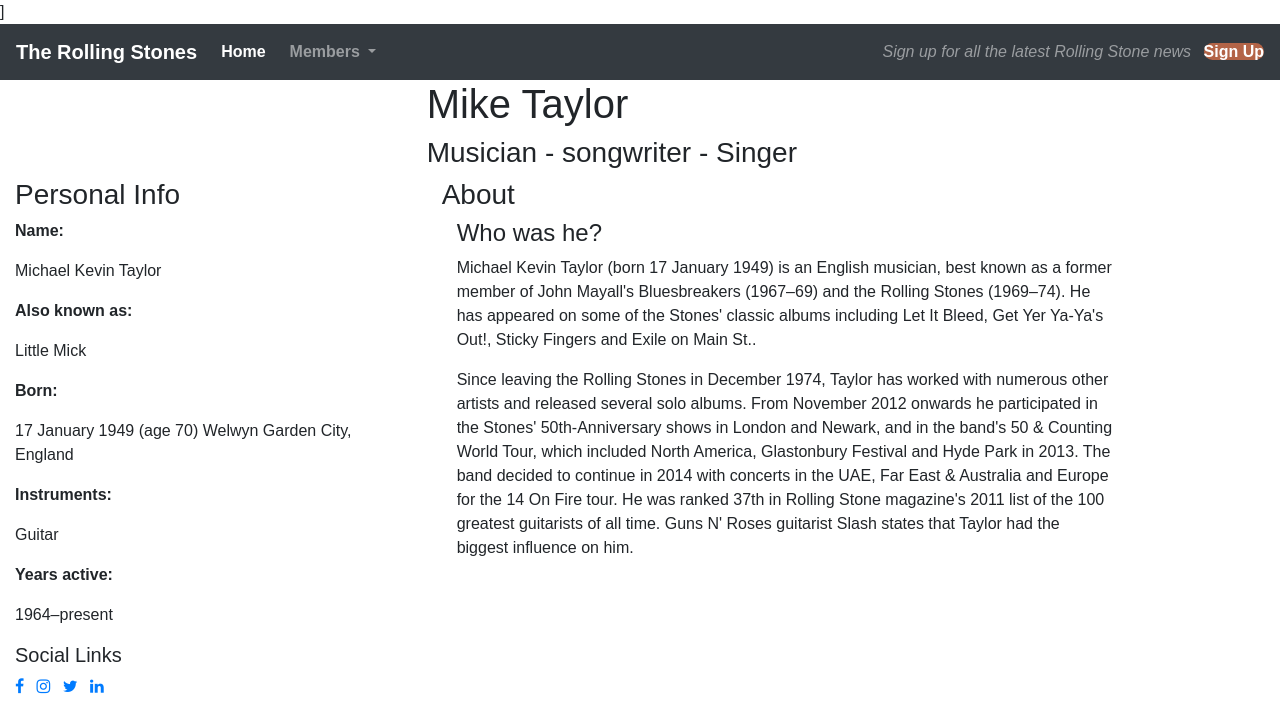
Repository: TecDruid/rolling-stones-fan-site
Page: mike-taylor.html
The author's editor kept a record of every edit. The page is drawn from the files as they stood at one moment, then again after the next edit.
The browser window is 1280 px wide. The pictures show the whole page.
Some web fonts or font styles are not loaded; a fallback is used. Some web libraries are served in a nearby version.

Above is the page before.

### mike-taylor.html
<!DOCTYPE html>
<html lang="en-us">

<head>
    <meta charset="utf-8">
    <meta name="viewport" content="width=device-width, initial-scale=1.0">
    <link rel="stylesheet" href="https://maxcdn.bootstrapcdn.com/bootstrap/4.1.3/css/bootstrap.min.css">
    <link rel="stylesheet" href="https://use.fontawesome.com/releases/v5.6.1/css/all.css" integrity="sha384-gfdkjb5BdAXd+lj+gudLWI+BXq4IuLW5IT+brZEZsLFm++aCMlF1V92rMkPaX4PP" crossorigin="anonymous">
    <link rel="stylesheet" href="https://stackpath.bootstrapcdn.com/font-awesome/4.7.0/css/font-awesome.min.css" type="text/css" />
    <link href="https://fonts.googleapis.com/css?family=Stylish" rel="stylesheet">
    <link rel="stylesheet" href="css/style.css" type="text/css" />
    <title>Mike Taylor</title>
</head>

<body>

    <!----------------------------------------Nav--------------------------------------------->]


    <div class="nav-container"></div>
    <nav class="navbar navbar-dark navbar-expand-sm bg-dark">
        <a href="index.html" class="navbar-brand">
                    The Rolling Stones</a>

        <button class="navbar-toggler ml-auto" type="button" data-toggle="collapse" data-target="#navbarNavDropdown" aria-controls="navbarNavDropdown" aria-expanded="false" aria-label="Toggle navigation">
        <span class="navbar-toggler-icon"></span></button>

        <div class="collapse navbar-collapse" id="navbarNavDropdown">
            <ul class="navbar-nav mr-auto">
                <li class="active nav-item mr-2"><a class="nav-link" href="index.html">Home</a></li>
                <li class="nav-item dropdown">
                    <a class="nav-link dropdown-toggle" href="#" id="navbarDropdownMenuLink" role="button" data-toggle="dropdown" aria-haspopup="true" aria-expanded="false">
          Members
        </a>
                    <div class="dropdown-menu" aria-labelledby="navbarDropdownMenuLink">
                        <a class="dropdown-item" href="brian-jones.html">Brian Jones</a>
                        <a class="dropdown-item" href="mick-jagger.html">Mick Jagger</a>
                        <a class="dropdown-item" href="keith-richards.html">Keith Richards</a>
                        <a class="dropdown-item" href="bill-wyman.html">Bill Wyman</a>
                        <a class="dropdown-item" href="charlie-watts.html">Charlie Watts</a>
                        <a class="dropdown-item" href="ronnie-wood.html">Ronnie Wood</a>
                        <a class="dropdown-item" href="ian-stewart.html">Ian Stewart</a>
                        <a class="dropdown-item" href="mike-taylor.html">Mick Taylor</a>
                    </div>
                </li>

                <li class="nav-item mr-2 d-block d-sm-none"><a class="nav-link" href="sign-up.html">Sign Up</a></li>
            </ul>
        </div>
        <div class="d-none d-md-block">
            <p class="navbar-text my-auto mr-2"><i>Sign up for all the latest Rolling Stone news</i></p>
            <a href="sign-up.html" class="btn--cta btn--brown">Sign Up</a>
        </div>
    </nav>

    <!-- -------------------------- The Header ---------------------------- -->

    <header>
        <div class="row no-gutters">
            <a class="col-md-4 logo" href="index.html"></a>
            <div class="col-md-8">
                <div class="row no-gutters bg-color-name-title">
                    <div class="col heading">
                        <h1 class="name">Mike Taylor</h1>
                        <h3 class="title"> Musician - songwriter - Singer</h3>
                    </div>
                </div>
            </div>
        </div>
    </header>

    <!-- -------------------------- The Section ---------------------------- -->

    <section class="container-fluid">
        <div class="row">
            <div class="col-md-4 bg-colour-personal-info section-column">
                <div class="row">
                    <div class="col-12">
                        <h3 class="section-heading uppercase">Personal Info</h3>
                    </div>
                </div>
                <div class="personal-info-item">
                    <div class="key">
                        <p class="uppercase">
                            <strong>Name:</strong>
                        </p>
                    </div>
                    <div class="value">
                        <p>
                            Michael Kevin Taylor
                        </p>
                    </div>
                </div>
                <div class="personal-info-item">
                    <div class="key">
                        <p class="uppercase">
                            <strong>Also known as:</strong>
                        </p>
                    </div>
                    <div class="value">
                        <p>
                            Little Mick
                        </p>
                    </div>
                </div>
                <div class="personal-info-item">
                    <div class="key">
                        <p class="uppercase">
                            <strong>Born:</strong>
                        </p>
                    </div>
                    <div class="value">
                        <p>
                            17 January 1949 (age 70) Welwyn Garden City, England
                        </p>
                    </div>
                </div>
                <div class="personal-info-item">
                    <div class="key">
                        <p class="uppercase">
                            <strong>Instruments:</strong>
                        </p>
                    </div>
                    <div class="value">
                        <p>
                            Guitar
                        </p>
                    </div>
                </div>
                <div class="personal-info-item">
                    <div class="key">
                        <p class="uppercase">
                            <strong> Years active:</strong>
                        </p>
                    </div>
                    <div class="value">
                        <p>
                            1964–present
                        </p>
                    </div>
                </div>
            </div>

            <div class="col-md-8 bg-colour-three-reasons section-column">
                <div class="row">
                    <div class="col">
                        <h3 class="section-heading uppercase">About</h3>
                    </div>
                </div>
                <!-- <div class="row">
                    <div class="col-10 offset-1 offset-sm-0 col-sm-4 col-md-6">
                        <div class="row">
                            <div class="col-2">
                                <i class="three-reasons-icon fa fa-question" aria-hidden="true"></i>
                            </div> -->
                <div class="col-10">
                    <h4 class="three-reasons-heading uppercase">Who was he?</h4>
                    <p>
                        Michael Kevin Taylor (born 17 January 1949) is an English musician, best known as a former member of John Mayall's Bluesbreakers (1967–69) and the Rolling Stones (1969–74). He has appeared on some of the Stones' classic albums including Let It Bleed,
                        Get Yer Ya-Ya's Out!, Sticky Fingers and Exile on Main St..
                    </p>

                    <p>
                        Since leaving the Rolling Stones in December 1974, Taylor has worked with numerous other artists and released several solo albums. From November 2012 onwards he participated in the Stones' 50th-Anniversary shows in London and Newark, and in the band's
                        50 & Counting World Tour, which included North America, Glastonbury Festival and Hyde Park in 2013. The band decided to continue in 2014 with concerts in the UAE, Far East & Australia and Europe for the 14 On Fire tour. He was
                        ranked 37th in Rolling Stone magazine's 2011 list of the 100 greatest guitarists of all time. Guns N' Roses guitarist Slash states that Taylor had the biggest influence on him.
                    </p>
                </div>
            </div>
        </div>

        </div>
        </div>
        </div>

    </section>

    <!-- -------------------------- The Footer ---------------------------- -->

    <footer class="container-fluid">
        <div id="footer-details" class="row">
            <div class="col-sm-4">
                <h5 class="uppercase general-sub">Social Links</h5>

                <ul class="list-inline social-links">
                    <li class="list-inline-item">
                        <a target="_blank" href="#">
                            <i class="fa fa-facebook" aria-hidden="true"></i>
                            <span class="sr-only">Facebook</span>
                        </a>
                    </li>
                    <li class="list-inline-item">
                        <a target="_blank" href="#">
                            <i class="fa fa-instagram" aria-hidden="true"></i>
                            <span class="sr-only">Instagram</span>
                            </a>
                    </li>

                    <li class="list-inline-item">
                        <a target="_blank" href="#">
                            <i class="fa fa-twitter" aria-hidden="true"></i>
                            <span class="sr-only">Twitter</span>
                            </a>
                    </li>
                    <li class="list-inline-item">
                        <a target="_blank" href="#">
                            <i class="fa fa-linkedin" aria-hidden="true"></i>
                            <span class="sr-only">LinkedIn</span>
                        </a>
                    </li>
                </ul>

            </div>
        </div>
    </footer>

    <script src="https://code.jquery.com/jquery-3.3.1.slim.min.js" integrity="sha384-q8i/X+965DzO0rT7abK41JStQIAqVgRVzpbzo5smXKp4YfRvH+8abtTE1Pi6jizo" crossorigin="anonymous"></script>
    <script src="https://cdnjs.cloudflare.com/ajax/libs/popper.js/1.14.3/umd/popper.min.js" integrity="sha384-ZMP7rVo3mIykV+2+9J3UJ46jBk0WLaUAdn689aCwoqbBJiSnjAK/l8WvCWPIPm49" crossorigin="anonymous"></script>
    <script src="https://stackpath.bootstrapcdn.com/bootstrap/4.1.3/js/bootstrap.min.js" integrity="sha384-ChfqqxuZUCnJSK3+MXmPNIyE6ZbWh2IMqE241rYiqJxyMiZ6OW/JmZQ5stwEULTy" crossorigin="anonymous"></script>

</body>

</html>

### css/style.css
body {
    font-family: 'Stylish', sans-serif;
}

/* Containers */

.nav-container {
    position: absolute;
    top: 0;
    right: 0;
    margin-left: 0;
    margin-right: 0;
    z-index: 1;

}

.navbar {
    margin-bottom: 0;
    border-width: 0;
    background-color: rgba (0, 0, 0, 0.25);
}

.navbar .navbar-brand {
    font-weight: bold;
}

.navbar .navbar-nav a {
    font-weight: bold;
}

.navbar-toggler {
    border-width: 0;
}

.alert-warning {
    padding-left: 10;
    padding-right: 0;
    color: #fff;
    background-color: #c9572b;
}

.alert {
    margin-bottom: 0;
    border-width: 0;
    border-radius: 0;
}

.callout-container {
    height: 100vh;

    background: url('../img/the-rolling-stones-bg.jpg') no-repeat bottom right fixed;
    -webkit-background-size: cover;
    -moz-background-size: cover;
    -o-background-size: cover;
    background-size: cover;

    display: flex;
    align-items: center;
    justify-content: center;

    position: relative;
}

.opaque-overlay {
    position: absolute;
    top: 0;
    left: 0;
    height: 100%;
    width: 100%;
    background-color: rgba(0, 0, 0, 0.5);
}

.quotes-container {}

.features-container {
    background-color: #c9572b;
}

/* Block dividers */

.block-divider {
    width: 175px;
    height: 5px;
    border: 0;
    background-color: #444;
}

.block-divider--orange {
    background-color: #f88f10;
}

.block-divider--short {
    width: 35px;
}

/* Jumbotron */

.jumbotron {
    background-color: transparent;
}

.jumbotron h1 {
    color: white;
    font-weight: bold;
    margin-bottom: 30px;
    color: white;
}

.jumbotron .lead {
    color: #a7a7a7;
    margin: 25px 0;
}

.jumbotron small {
    font-size: 60%;
    font-style: italic;
    color: #d0d0d0;
}

/* Buttons */

.btn--cta {
    font-weight: bold;
    border-radius: 23px;
    width: 160px;
}

.btn--brown {
    color: white;
    background-color: #b36447;
    border-color: #b36447;
}

.btn--brown:hover,
.btn--brown:active,
.btn--brown:focus,
.btn--brown:active:focus {
    background-color: #df4929;
    border-color: #df4929;
    color: white;
}

After the next edit:
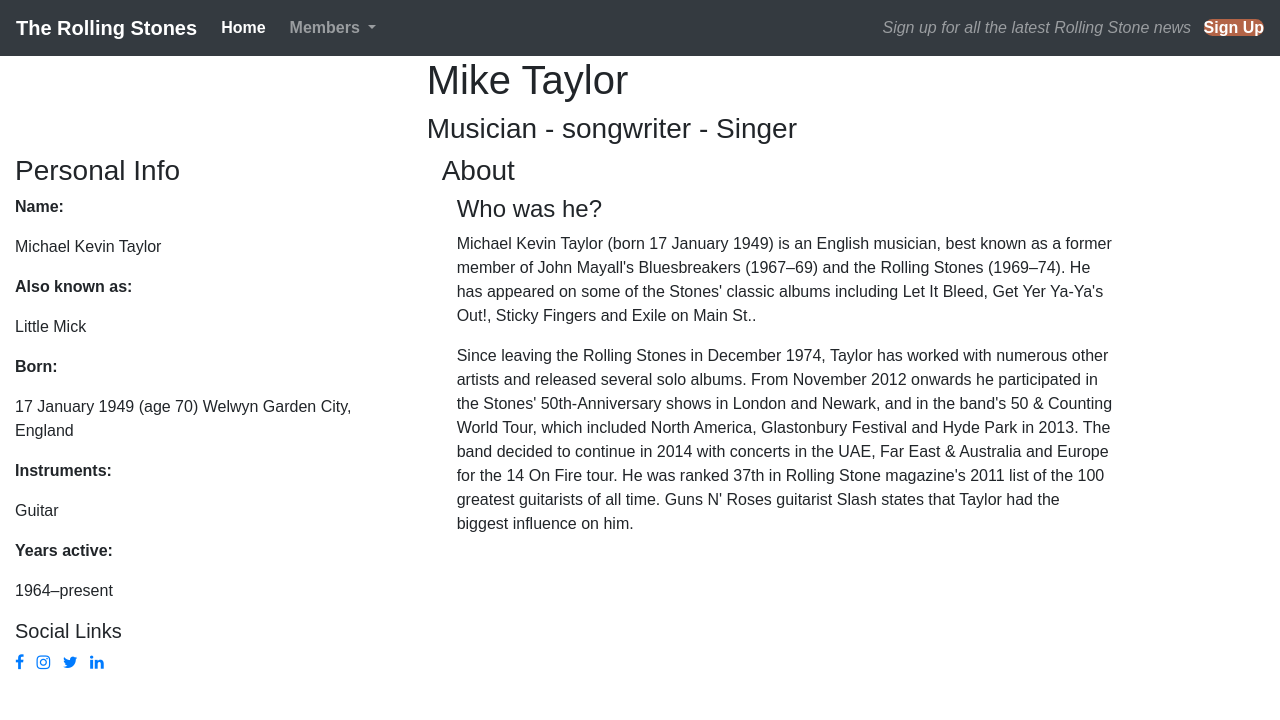
The edit:
--- a/mike-taylor.html
+++ b/mike-taylor.html
@@ -14,7 +14,7 @@
 
 <body>
 
-    <!----------------------------------------Nav--------------------------------------------->]
+    <!----------------------------------------Nav--------------------------------------------->
 
 
     <div class="nav-container"></div>
